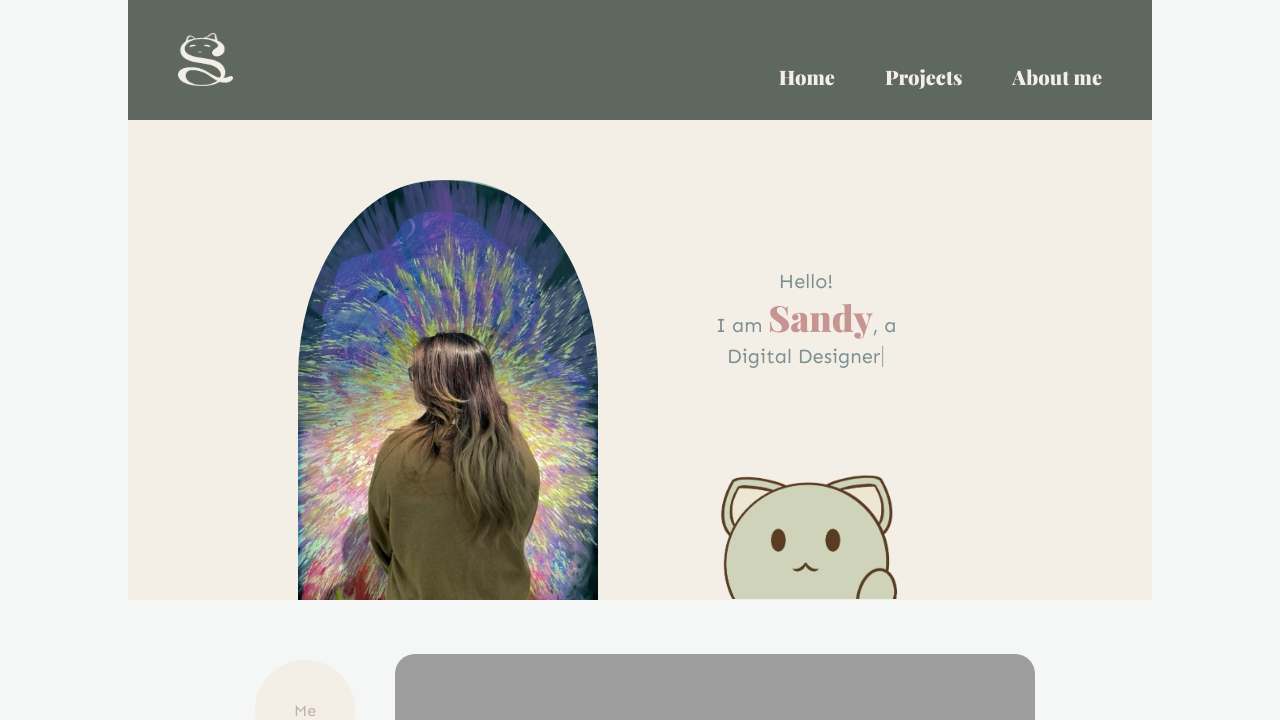
Repository: SandyLy453/portfolio
Page: /
An editor plug-in stored every save of this project. The page is shown before and after the next save, followed by the edit.
The browser window is 1280 px wide. The pictures show the whole page.
Pictures or frames that could not be fetched are drawn as grey boxes. An inner scrolling area shows only its first screen. The project was rebuilt for these pictures with package versions that can differ from the ones it lists, and the page was loaded fresh each time. The framework's server and built-in components were replaced by stand-ins that run in the browser. Also part of the build but not shown: next.config.mjs, modules/Footer/Footer.module.css, modules/Footer/Footer.js, modules/ProjectCard/ProjectCard.module.css, modules/ProjectCard/Projectcard.js.

Above is the page before, as saved 2025-02-17 17:12:35.

### pages/_app.js
import { useEffect } from "react";
import { useRouter } from "next/router";
import { Playfair_Display, Sen } from 'next/font/google';
import '../styles/globals.css';

const playfairDisplay = Playfair_Display({
  weight: ['400', '900'],
  style: ['normal', 'italic'],
  subsets: ['latin'],
});

const sen = Sen({
  weight: ['400', '700', '800'],
  subsets: ['latin'],
});

export default function App({ Component, pageProps }) {

  const router = useRouter();

  useEffect(() => {
    const handleRouteChangeComplete = (url) => {
        if (url.startsWith("/projects")) {
            window.location.reload();
        } else if (url.startsWith("/project")) {
          window.location.reload();
        }
    };

    router.events.on("routeChangeComplete", handleRouteChangeComplete);

    return () => {
        router.events.off("routeChangeComplete", handleRouteChangeComplete);
    };
}, [router]);


  return (
    <main className={`${playfairDisplay.className} ${sen.className}`}>
      <Component {...pageProps} />
    </main>
  )
}

### pages/_document.js
import { Html, Head, Main, NextScript } from "next/document";


export default function Document() {
  return (
    <Html lang="en">
      <Head>
        <title>San San's Tea Room</title>
        <link rel="icon" href="/favicon.ico" />

        <link rel="preconnect" href="https://fonts.googleapis.com" />
        <link rel="preconnect" href="https://fonts.gstatic.com" crossorigin="anonymous" />
        <link
          href="https://fonts.googleapis.com/css2?family=Playfair+Display:wght@400;900&family=Sen:wght@400;700;800&display=swap"
          rel="stylesheet"
        />
      </Head>
      <body>
        <Main />
        <NextScript />
      </body>
    </Html>
  );
}

### pages/index.js
import Image from "next/image";
import Link from "next/link";
import styles from "@/styles/Home.module.css";
import { useState, useEffect } from "react";
import Header from "@/modules/Header/Header";
import Footer from "@/modules/Footer/Footer";
import ProjectCard from "@/modules/ProjectCard/Projectcard";
import ShowCase from "@/modules/ShowCase/ShowCase";

export default function Home() {

  const projects = [
    {
      photos: ["/aether-cover.png"],
      alt: "Aether cover",
      title: "Aether",
      description: "Case Study - A AI-powered form-filling app",
      date: "September 2024 - December 2024",
      link: "/projects/Aether",
    },
    {
      photos: ["/post1.png", "/post2.png", "/post3.png"],
      alt: "Poster slides show",
      title: "Poster design",
      description:
        "Product design - Series of posters based on the anime/ manga Detective Conan.",
      date: "December 2024",
      link: "/projects/Poster",
    },
    {
      photos: ["/can1.png", "/can2.png", "/can3.png"],
      alt: "Can design slide show",
      title: "DiLo Tea Can",
      description: "Product design - Tea Can",
      date: "November 2024",
      link: "/projects/CanDesign",
    },
    {
      photos: ["/mockup2.png"],
      alt: "Magazine cover",
      title: "Magazine",
      description: "Magazine design - An architectural magazine",
      date: "November 2024",
      link: "/projects/Magazine",
    },
    {
      photos: ["/clotho.png"],
      alt: "Clotho app",
      title: "Clotho",
      description: "Clotho - A closet organize app",
      date: "March 2024 - May 2024",
      link: "/projects/Clotho",
    },
    {
      photos: ["/cam.png"],
      alt: "Camera vector graphic",
      title: "Mechanical Object Vector Graphic",
      description: "Using vector to draw mechanical objects",
      date: "December 2023",
      link: "/projects/MechanicalObject",
    },
  ];

  const [visibleProjects, setVisibleProjects] = useState(6);

  const roles = ["UX/UI Designer", "Digital Designer", "Web Developer"];
  const [text, setText] = useState("");
  const [index, setIndex] = useState(0);
  const [charIndex, setCharIndex] = useState(0);
  const [deleting, setDeleting] = useState(false);

  useEffect(() => {
    const currentRole = roles[index];

    let timeout;

    if (deleting) {
      timeout = setTimeout(() => {
        setText(currentRole.substring(0, charIndex - 1));
        setCharIndex((prev) => prev - 1);
      }, 50);
    } else {
      timeout = setTimeout(() => {
        setText(currentRole.substring(0, charIndex + 1));
        setCharIndex((prev) => prev + 1);
      }, 100);
    }

    if (!deleting && charIndex === currentRole.length) {
      setTimeout(() => setDeleting(true), 1000);
    } else if (deleting && charIndex === 0) {
      setDeleting(false);
      setIndex((prevIndex) => (prevIndex + 1) % roles.length);
    }

    return () => clearTimeout(timeout);
  }, [charIndex, deleting, index, roles]);

  return (
    <>
      <Header/>

      <main className={styles.main}>
        <div className={styles.top}>
          <div className={styles.image}>
            <Image src={'/cover.jpeg'} alt="cover photo" className={styles.coverPhoto} width={300} height={420} />
          </div>

          <div className={styles.info}>
            <p className={styles.role}>Hello!</p>
            <p className={styles.role}>I am <span className={styles.name}>Sandy</span>, a</p>
            <p className={styles.role}>
              {text}
              <span className={styles.cursor}>|</span>
            </p>
            <Image src={'/hi.GIF'} alt="greeting gif" className={styles.gif} width={294} height={129} />
          </div>
        </div>

        <ShowCase/>

        <div className={styles.sectionBreaker}>
          <span> Let's connect! </span>
        </div>

        <div className={styles.connect}>
          <Link
            className={styles.link}
            href={"mailto:sandy.lyth453@gmail.com"}
            target="_blank"
          >
            <p className={styles.connectInfo}>Email</p>
          </Link>
          <Link
            className={styles.link}
            href={"https://www.instagram.com/sansan_lyth?igsh=MThxOTR1ZTlyY3R1dw%3D%3D&utm_source=qr"}
            target="_blank"
          >
            <p className={styles.connectInfo}>Instagram</p>
          </Link>
          <Link
            className={styles.link}
            href={"https://www.linkedin.com/in/boisan-sandy-ly/"}
            target="_blank"
          >
            <p className={styles.connectInfo}>LinkedIn</p>
          </Link>
          <Link
            className={styles.link}
            href={"/Sandy_Ly_Resume.pdf"}
            target="_blank"
          >
            <p className={styles.connectInfo}>Resume</p>
          </Link>
        </div>
      </main>

      <footer className={styles.footer}>
        <p className={styles.copyright}>© Made by Sandy Ly • 2025</p>
      </footer>
    </>
  );
}

### styles/globals.css
:root {
  --mauveMorn: #ecd6d6;
  --mauveShadow: #B59BA6;
  --moss: #5E7975;
  --brightWhite: #f5f7f6;
  --white: #fff;

  --spaBlue: #D3DEDF;
  --forest: #5E685E;
  --midnight: #3D4D55;
  --stormCloud: #676767;
  --cream: #f4EFE6;
  --cloud: #FEFCF6;
}

html,
body {
  padding: 0;
  margin: 0;
  background-color: #f5f7f6;
  width: 100vw;
  height: 100vh;
  overflow-x: hidden;
  scroll-behavior: auto;

  font-family: "Playfair Display", serif;
  font-optical-sizing: auto;
  color: var(--stormCloud);
  cursor: url('/hehe.webp') 16 16, auto;
}

header {
  margin: 0;
  padding: 0;
  box-sizing: border-box;
}

* {
  margin: 0;
  padding: 0;
  box-sizing: border-box; /* Reset styles for all elements */
}

h1, h2, h3, h4, h5, span {
  font-family: "Playfair Display", serif;
}

a, button {
  cursor: url('/haha.webp') 16 16, pointer;
}

### styles/Home.module.css
.page {
  margin: 0;
  padding: 0;
}

.main {
  min-height: 100vh;
  width: 70vw;
  margin: auto;
  margin-top: 0;
  margin-top: 120px;
}

.top {
  width: 100%;
  min-height: 480px;
  background-color: var(--cream);
  align-items: center;
  display: flex;
  flex-direction: row;
  padding: 0;
  flex-wrap: wrap;
  justify-content: center;
}

.coverPhoto {
  border-radius: 47% 47% 0 0;
  margin: 0 6rem;
  position: relative;
  bottom: -30px;
}

.info {
  text-align: center;
  margin-top: 100px;
  width: 30vw;
}

.name {
  font-size: 54px;
  color: #C69491;
  font-weight: 600;
  font-family: "Playfair Display", serif;
}

.role {
  font-size: 44px;
  color: #7D9094;
  font-weight: 500;
}

.loca {
  font-size: 20px;
  color: #7D9094;
  padding-top: 10px;
}

.gif {
  position: relative;
  bottom: -36px;
}


.sectionBreaker {
  display: flex;
  align-items: center;
  justify-content: center;
  margin: 40px 0;
  position: relative;
}

.sectionBreaker::before,
.sectionBreaker::after {
  content: "";
  flex: 1;
  height: 2px;
  background: #d3d3d3;
  margin: 0;
}

.sectionBreaker span {
  color: #7D9094;
  margin: 0 10px;
  font-size: 20px;
  font-style: italic;
}

.pjSection {
  display: flex;
  flex-direction: row;
  flex-wrap: wrap;
  justify-content:space-between;
  align-items: flex-start;
  margin: 0 auto;
  margin-bottom: 50px;
  gap: 1rem;
  max-width: 1350px;
}

.connect {
  margin-bottom: 200px;
}

.link {
  text-decoration: none;
  color: var(--mauveShadow);
  width: 100%;
  font-weight: 500;
}

.link:hover {
  color: var(--forest);
  font-weight: 900;
}

.connectInfo {
  font-size: 54px;
  margin: 20px 0;
  font-family: "Playfair Display", serif;
  position: relative;
  display: inline-block;
  padding: 10px 20px;
  text-decoration: none;
  width: 100%;
  overflow: hidden;
  transition: color 0.3s ease-in-out, font-weight 0.3s ease-in-out;
  font-weight: 500;
}

/* Background gradient effect */
.connectInfo::before {
  content: "";
  position: absolute;
  top: 0;
  left: -100%;
  width: 100%;
  height: 100%;
  background: linear-gradient(to right, rgba(0, 0, 0, 0.1), rgba(0, 0, 0, 0.3));
  transition: left 0.4s ease-in-out;
  z-index: -1; /* Ensure background does not cover text */
}

/* Make background visible when hovering */
.connectInfo:hover::before,
.connectInfo:active::before {
  left: 0;
}

/* Text color and weight on hover */
.connectInfo:hover {
  color: var(--forest); /* Hover text color */
  font-weight: 900;
}

/* Arrow effect */
.connectInfo::after {
  content: " →";
  opacity: 0;
  position: absolute;
  right: 10px;
  top: 50%;
  transform: translateY(-50%);
  transition: opacity 0.3s ease-in-out, transform 0.3s ease-in-out;
  color: var(--forest); /* Match hover color */
}

/* Show arrow and move slightly right when hovering */
.connectInfo:hover::after,
.connectInfo:active::after {
  opacity: 1;
  transform: translate(8px, -50%);
}


.footer {
  margin-bottom: 20px;
}

.copyright {
  text-align: center;
  font-style: italic;
  color: var(--forest);
  width: 100%;
}





@media screen and (max-width: 1460px) {
  .pjSection {
    gap: 20px;
  }

  .main {
    width: 80vw;
  }

  .coverPhoto {
    margin: 0 1rem;
    bottom: -32px;
  }

  .info {
    margin-top: 50px;
  }

  .gif {
    bottom: -6.4rem;
  }

  .name {
    font-size: 36px;
  }

  .role {
    font-size: 20px;
  }

  .loca {
    font-size: 18px;
  }

  .pjSection {
    gap: 15px;
    justify-content: center;
  }
}



@media screen and (max-width: 768px) {
  .main {
    width: 100vw;
  }

  .coverPhoto {
    margin: 0 auto;
    bottom: -20px;
    width: 70vw;
    height: auto;
  }

  .info {
    margin-top: 50px;
    width: 90vw;
  }

  .name {
    font-size: 36px;
  }

  .role {
    font-size: 20px;
  }

  .loca {
    font-size: 18px;
  }

  .pjSection {
    gap: 15px;
    justify-content: center;
  }

  .gif {
    position: relative;
    bottom: -4px;
    margin-top: 10px;
  }
}

### modules/Header/Header.js
import Image from "next/image";
import Link from "next/link";
import styles from './Header.module.css';
import { useState, useRef } from "react";

export default function Header() {
    const audioRef = useRef(null);
    const [menuOpen, setMenuOpen] = useState(false);

    const playSound = () => {
        if (audioRef.current) {
            audioRef.current.currentTime = 0;
            audioRef.current.play().catch(error => console.log("Audio playback error:", error));
        }
    };

    return (
        <header className={`${styles.header} ${menuOpen ? styles.headerExpanded : ""}`}>
            {/* Logo */}
            <div className={styles.logo}>
                <Link href={'/'}>
                    <Image
                        src={'/logo.png'}
                        alt="logo"
                        className={styles.logo}
                        width={55}
                        height={53}
                        onMouseEnter={playSound}
                    />
                </Link>
            </div>

            {/* Hamburger / Arrow Toggle */}
            <button className={styles.hamburger} onClick={() => setMenuOpen(!menuOpen)}>
                <Image
                    src={menuOpen ? "/menuOpen.png" : "/menuIcon.png"}
                    alt="Menu Toggle"
                    width={30}
                    height={21}
                />
            </button>

            {/* Menu Items (Expands inside header) */}
            <nav className={`${styles.menu} ${menuOpen ? styles.menuExpanded : ""}`}>
                <p className={styles.menuOption}><Link href={'/'} className={styles.link}>Home</Link></p>
                <p className={styles.menuOption}><Link href={'/project'} className={styles.link}>Projects</Link></p>
                <p className={styles.menuOption}><Link href={'/about'} className={styles.link}>About me</Link></p>
            </nav>

            <audio ref={audioRef} src="/cat.wav" preload="auto"></audio>
        </header>
    );
}

### modules/ShowCase/ShowCase.js
import Image from "next/image";
import { useState, useEffect, useRef } from "react";
import styles from './ShowCase.module.css';
import Link from "next/link";

export default function ShowCase() {
    const tags = ["Me", "UX/UI", "Graphic"];
    const images = {
        "Me": "/me.png",
        "UX/UI": "/uxui.png",
        "Graphic": "/3can.png",
    };
    const bigText = ["Sandy", "App Design", "Graphic Design"];
    const smallText = [
        "",
        "",
        ""
    ];
    const linkPath = ["/about", "/project", "/project"];
    const linkText = ["About Me →", "See More Project →", "See More Project →"];

    const [activeIndex, setActiveIndex] = useState(0);
    const [isFading, setIsFading] = useState(false);
    const [isPaused, setIsPaused] = useState(false);
    const intervalRef = useRef(null);

    const startLoop = () => {
        clearInterval(intervalRef.current);
        intervalRef.current = setInterval(() => {
            setIsFading(true);
            setTimeout(() => {
                setActiveIndex((prevIndex) => (prevIndex + 1) % tags.length);
                setIsFading(false);
            }, 500);
        }, 4000);
    };

    useEffect(() => {
        if (!isPaused) startLoop();
        return () => clearInterval(intervalRef.current);
    }, [isPaused]);

    const handlePause = (index) => {
        clearInterval(intervalRef.current);
        setIsPaused(true);
        setActiveIndex(index);
        setIsFading(false);
    };

    const handleResume = () => {
        setIsPaused(false);
    };

    return (
        <div className={styles.container}>
            <div className={styles.tagBox}>
                {tags.map((tag, index) => (
                    <div
                        key={tag}
                        className={`${styles.tag} ${activeIndex === index ? styles.active : ""}`}
                        onMouseEnter={() => handlePause(index)}
                        onMouseLeave={handleResume}
                        onTouchStart={() => handlePause(index)}
                        onTouchEnd={handleResume}
                    >
                        <p>{tag}</p>
                    </div>
                ))}
            </div>

            <div className={styles.right}>
                <div className={styles.photoBox}>
                    <Image
                        key={tags[activeIndex]}
                        src={images[tags[activeIndex]]}
                        alt={tags[activeIndex]}
                        width={600}
                        height={460}
                        className={`${styles.photo} ${isFading ? styles.fadeOut : styles.fadeIn}`}
                    />

                    <div className={styles.gradient}></div>
                    <div className={styles.text}>
                        <p className={styles.big}>{bigText[activeIndex]}</p>
                        <p className={styles.small}>{smallText[activeIndex]}</p>
                        <Link href={linkPath[activeIndex]} className={styles.littleLink}>
                            {linkText[activeIndex]}
                        </Link>
                    </div>
                </div>

                {/* <div className={styles.loadMoreContainer}>
                    <Link href="/project" passHref>
                        <button className={styles.loadMoreButton}>
                            More Projects
                        </button>
                    </Link>
                </div> */}
            </div>
        </div>
    );
}

### modules/Header/Header.module.css
.header {
    margin:0;
    margin-left: auto;
    margin-right: auto;
    width: 70vw;
    height: 120px;
    background-color: var(--forest);
    padding: 20px 50px ;
    padding-bottom: 30px;

    display: flex;
    flex-direction: row;
    justify-content: space-between;
    align-items: flex-end;
    position: fixed;
    right: 15vw;
    top: 0;
    z-index: 999;
}

.headerExpanded {
    height: 250px; /* Adjust this height based on menu content */
}

.menu {
    display: flex;
    flex-direction: row;
    gap: 50px;
}

.menuExpanded {
    display: flex;
    flex-direction: column;
    align-items: flex-end;
    gap: 10px;
    width: 100%;
}

.menuOption {
    font-size: 20px;
    font-weight: 600;
}

.link {
    text-decoration: none;
    color: var(--cream);
    font-family: "Playfair Display", serif;
}

.link:hover {
    color: var(--midnight);
}

.hamburger {
    display: none;
    background: none;
    border: none;
    cursor: pointer;
}


@media screen and (max-width: 1460px) {
    .header {
        width: 80vw;
        right: 10vw;
    }
}

@media screen and (max-width: 768px) {
    .header {
        width: 100vw;
        right: 0;
        display: flex;
        flex-direction: row;
        justify-content: space-between;
        align-items: center;
    }

    .hamburger {
        display: block;
        z-index: 10;
    }

    .menu {
        display: none;
        position: absolute;
        top: 120px;
        right: 20px;
        background: white;
        flex-direction: column;
        gap: 15px;
        padding: 15px;
        border-radius: 5px;
        box-shadow: 0px 4px 6px rgba(0, 0, 0, 0.1);
        opacity: 0;
        transform: translateY(-10px);
        transition: opacity 0.3s ease, transform 0.3s ease;
    }

    .menuExpanded {
        display: flex;
    }
}

### modules/ShowCase/ShowCase.module.css
.container {
    margin: auto;
    margin-top: 50px;
    display: flex;
    flex-direction: row;
    justify-content: center;
    align-items: center;
    gap: 30px;
}

.tagBox {
    display: flex;
    justify-content: center;
    align-items: center;
    flex-direction: column;
}

.tag, .active {
    width: 100px;
    height: 100px;
    background-color: var(--cream);
    border-radius: 50%;
    display: flex;
    justify-content: center;
    align-items: center;
    margin: 10px;
    cursor: url('/haha.webp') 16 16, pointer;
    transition: background-color 0.3s ease-in-out, transform 0.2s ease-in-out;
}

.tag:hover, .active {
    background-color: var(--forest);
    transform: scale(1.05);
}

.tag p, .active p {
    color: var(--mauveShadow);
    opacity: 80%;
}

.tag:hover p, .active p {
    color: var(--mauveMorn);
    opacity: 100%;
}

.photoBox {
    width: 50vw;
    max-width: 1000px;
    aspect-ratio: 20 / 11;
    position: relative;
    display: flex;
    align-items: center;
    justify-content: center;
    overflow: hidden;
}

.photo {
    width: 100%;
    height: 100%;
    border-radius: 20px;
    object-fit: cover;
    position: absolute;
    transition: opacity 0.5s ease-in-out;
}

.fadeIn {
    opacity: 1;
}

.fadeOut {
    opacity: 0;
}

.loadMoreContainer {
    margin-top: 20px;
    display: flex;
    flex-direction: column;
    justify-content: flex-end;
    align-items: flex-end;
  }

  .loadMoreButton {
    height: 40px;
    width: 150px;
    background-color: var(--cream);
    color: var(--forest);
    border: 1px solid var(--forest);
    font-size: 18px;
    align-items: center;
    border-radius: 10px;
    margin-bottom: 50px;
  }

  .loadMoreButton:hover {
    background-color: var(--forest);
    color: var(--cream);
  }

  .gradient {
    position: absolute;
    top: 0;
    left: 0;
    width: 100%;
    height: 100%;
    background: linear-gradient(360deg, rgba(2,0,36,1) 0%, rgba(255,255,255,0) 55%);
    z-index: 2;
    pointer-events: none;
    border-radius: 20px;
}

.text {
    position: absolute;
    bottom: 0;
    right: 0;
    width: 100%;
    padding: 20px;
    color: white;
    z-index: 3;
    width: 50vw;
    max-width: 1000px;
    text-align: right;
}

.littleLink {
    text-decoration: underline;
    color: white;
    font-style: italic;
    margin: 20px 0;
}

.big {
    font-family: "Playfair Display", serif;
    font-size: 18px;
    margin: 15px 0;
    font-weight: 700;
}

.small {
    font-size: 15px;
    margin: 15px 0;
}

After the next save:
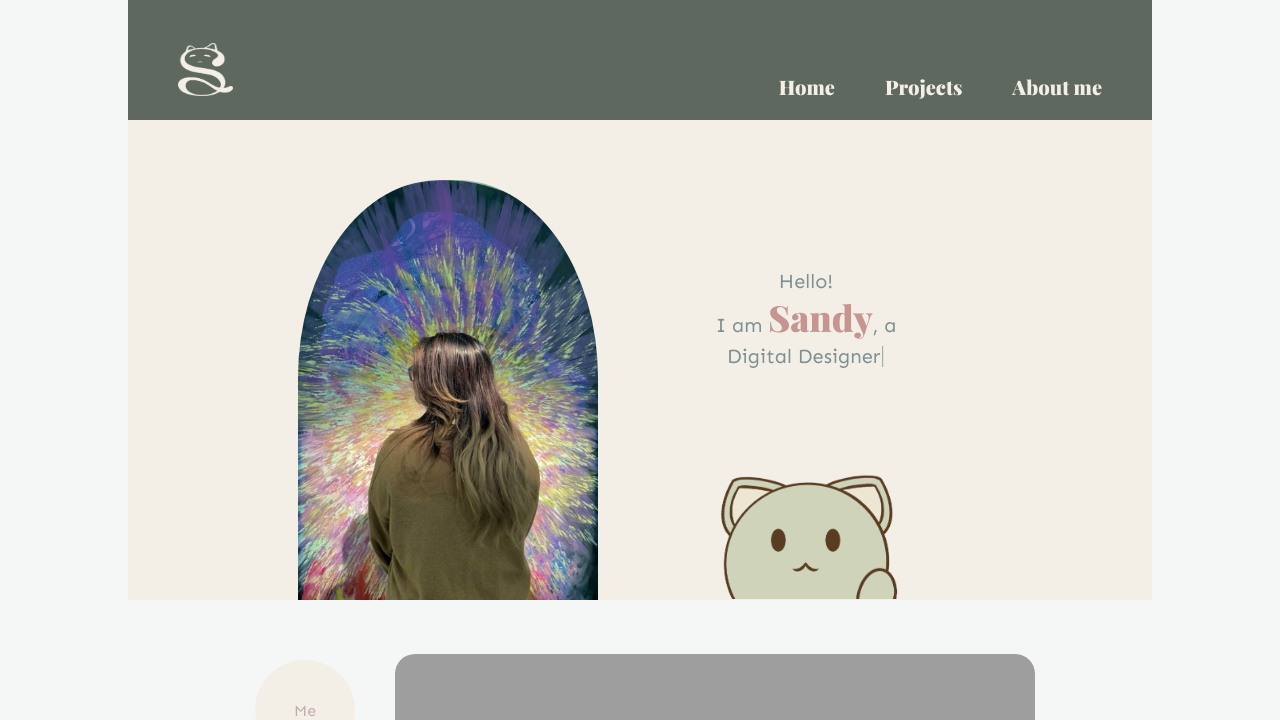
Saved 26 s later.
--- a/modules/Header/Header.module.css
+++ b/modules/Header/Header.module.css
@@ -1,13 +1,9 @@
 .header {
-    margin:0;
-    margin-left: auto;
-    margin-right: auto;
+    margin: 0 auto;
     width: 70vw;
     height: 120px;
     background-color: var(--forest);
-    padding: 20px 50px ;
-    padding-bottom: 30px;
-
+    padding: 20px 50px;
     display: flex;
     flex-direction: row;
     justify-content: space-between;
@@ -16,10 +12,11 @@
     right: 15vw;
     top: 0;
     z-index: 999;
+    transition: height 0.3s ease-in-out;
 }
 
 .headerExpanded {
-    height: 250px; /* Adjust this height based on menu content */
+    height: 250px;
 }
 
 .menu {
